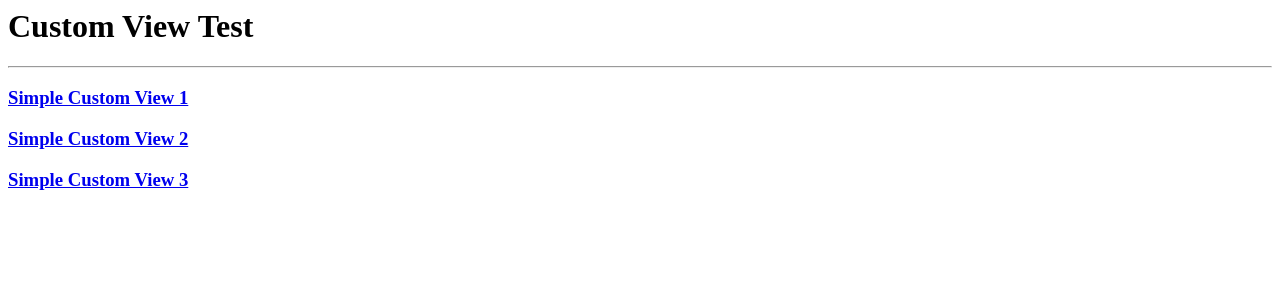
Repository: superThisMe/spring-basic
Page: http://localhost/05.spring-mvc-d/
The author's editor kept a copy of each file at every save. The page is drawn from the files as they stood at one save, then again after the next save.
The browser window is 1280 px wide. The pictures show the whole page.
The page is served by Tomcat 9.

Above is the page before, as saved 2019-12-19 07:35:36.

After the next save:
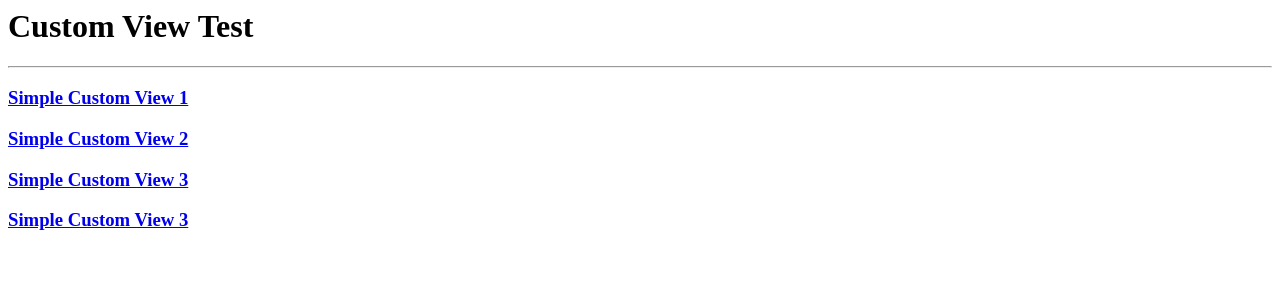
Saved 33 s later.
--- a/05.spring-mvc-d/src/main/webapp/WEB-INF/views/home.jsp
+++ b/05.spring-mvc-d/src/main/webapp/WEB-INF/views/home.jsp
@@ -11,6 +11,7 @@
 	<h3><a href="custom-view-a.action">Simple Custom View 1</a></h3>
 	<h3><a href="custom-view-b.action">Simple Custom View 2</a></h3>
 	<h3><a href="custom-view-c.action">Simple Custom View 3</a></h3>
+	<h3><a href="custom-view-c.action">Simple Custom View 3</a></h3>
 
 </body>
 </html>
